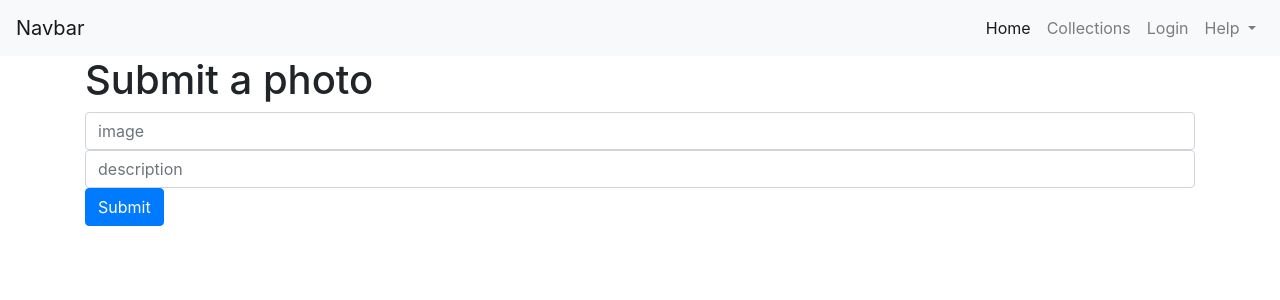
Repository: mtdagar/Art-Page-Project
Page: http://localhost/posts/new
The author's editor kept a record of every edit. The page is drawn from the files as they stood at one moment, then again after the next edit.
The browser window is 1280 px wide. The pictures show the whole page.
The page is served by the project's Node server (app.js).

Above is the page before.

### views/new.ejs
<% include ./partials/header %>

<div class="container">
    <h1 class="heading">Submit a photo</h1>

    <form action="/posts" method="POST">
        <input type="text" class="form-control" name="post[image]" placeholder="image">
        <input type="text" class="form-control" name="post[description]" placeholder="description">
        <input type="submit" class="btn btn-primary">
    </form>
</div>

<% include ./partials/footer %>

### views/partials/header.ejs
<html>
    <head>
        <title>Art Page</title>
        <!-- Bootstrap CDN -->
        <link rel="stylesheet" href="https://stackpath.bootstrapcdn.com/bootstrap/4.1.3/css/bootstrap.min.css" integrity="sha384-MCw98/SFnGE8fJT3GXwEOngsV7Zt27NXFoaoApmYm81iuXoPkFOJwJ8ERdknLPMO" crossorigin="anonymous">

    </head>

    <body>

        <!-- Bootstrap dependencies -->
        <script src="https://code.jquery.com/jquery-3.3.1.slim.min.js" integrity="sha384-q8i/X+965DzO0rT7abK41JStQIAqVgRVzpbzo5smXKp4YfRvH+8abtTE1Pi6jizo" crossorigin="anonymous"></script>
        <script src="https://cdnjs.cloudflare.com/ajax/libs/popper.js/1.14.3/umd/popper.min.js" integrity="sha384-ZMP7rVo3mIykV+2+9J3UJ46jBk0WLaUAdn689aCwoqbBJiSnjAK/l8WvCWPIPm49" crossorigin="anonymous"></script>
        <script src="https://stackpath.bootstrapcdn.com/bootstrap/4.1.3/js/bootstrap.min.js" integrity="sha384-ChfqqxuZUCnJSK3+MXmPNIyE6ZbWh2IMqE241rYiqJxyMiZ6OW/JmZQ5stwEULTy" crossorigin="anonymous"></script>


        <!-- Navbar -->
        <nav class="navbar navbar-expand-lg navbar-light bg-light">
          <a class="navbar-brand" href="#">Navbar</a>
          <button class="navbar-toggler" type="button" data-toggle="collapse" data-target="#navbarNavDropdown" aria-controls="navbarNavDropdown" aria-expanded="false" aria-label="Toggle navigation">
            <span class="navbar-toggler-icon"></span>
          </button>
          <div class="collapse navbar-collapse" id="navbarNavDropdown">
            <ul class="navbar-nav ml-auto">
              <li class="nav-item active">
                <a class="nav-link" href="#">Home <span class="sr-only">(current)</span></a>
              </li>
              <li class="nav-item">
                <a class="nav-link" href="#">Collections</a>
              </li>
              <li class="nav-item">
                <a class="nav-link" href="#">Login</a>
              </li>
              <li class="nav-item dropdown">
                <a class="nav-link dropdown-toggle" href="#" id="navbarDropdownMenuLink" role="button" data-toggle="dropdown" aria-haspopup="true" aria-expanded="false">
                  Help
                </a>
                <div class="dropdown-menu dropdown-menu-right" aria-labelledby="navbarDropdownMenuLink" >
                  <a class="dropdown-item" href="#">About us</a>
                  <a class="dropdown-item" href="#">Contact us</a>
                  <a class="dropdown-item" href="#">Something else</a>
                </div>
              </li>
            </ul>
          </div>
        </nav>

### app.js
var bodyParser  = require("body-parser"),
    mongoose    = require("mongoose"),
    express     = require("express"),
    app         = express();



//APP CONFIG
mongoose.connect("mongodb://localhost/art_page_project", { useNewUrlParser: true });
app.set("view engine", "ejs");
//app.use(express.static("public"));
app.use('/static', express.static('public'))
app.use(bodyParser.urlencoded({extended: true}));



//MONGOOSE/MODEL CONFIG
var postSchema = new mongoose.Schema({
    image: String,
    description: String,
    created: {type: Date, default: Date.now}
});

var Post = mongoose.model("Post", postSchema);

/**
Post.create({
    image: "https://images.unsplash.com/photo-1540057091285-cea1a54ecbc8?ixlib=rb-0.3.5&ixid=eyJhcHBfaWQiOjEyMDd9&s=a3331b8e5f637b077435a047d79a2058&auto=format&fit=crop&w=500&q=60",
    description: "Hazy days"
});
**/


//RESTFUL ROUTES
app.get("/", function(req, res) {
   res.redirect("/posts");
});


//INDEX ROUTE
app.get("/posts", function(req, res){
    Post.find({}, function(err, posts){
        if(err){
            console.log("error!");
        }else{
            res.render("index", {posts: posts});
        }
    });
});


//NEW ROUTE
app.get("/posts/new", function(req, res){
   res.render("new");
});


//CREATE ROUTE
app.post("/posts", function(req, res){
    Post.create(req.body.post, function(err, newPost){
        if(err){
            res.render("new");
            prompt("Error uploading your photo.\n" + err);
        }else{
            res.redirect("/posts");
        }
    });
});


app.listen(process.env.PORT, process.env.IP, function(){
    console.log("SERVER STARTED!");
})

Loaded but not shown: views/partials/footer.ejs (common file)

After the next edit:
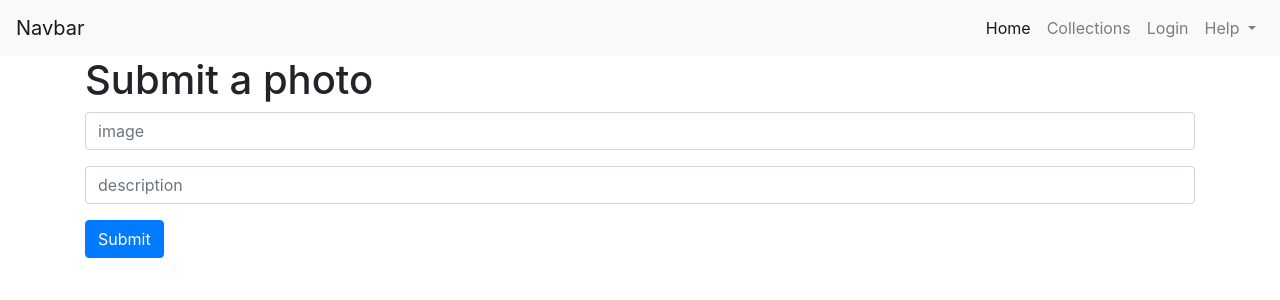
The edit:
--- a/views/new.ejs
+++ b/views/new.ejs
@@ -4,9 +4,14 @@
     <h1 class="heading">Submit a photo</h1>
 
     <form action="/posts" method="POST">
-        <input type="text" class="form-control" name="post[image]" placeholder="image">
-        <input type="text" class="form-control" name="post[description]" placeholder="description">
-        <input type="submit" class="btn btn-primary">
+        <div class="form-group">
+            <input type="text" class="form-control" name="post[image]" placeholder="image">
+        </div>
+        <div class="form-group">
+            <input type="text" class="form-control" name="post[description]" placeholder="description">
+        </div>
+        <div class="form-group">
+            <input type="submit" class="btn btn-primary">
     </form>
 </div>
 
